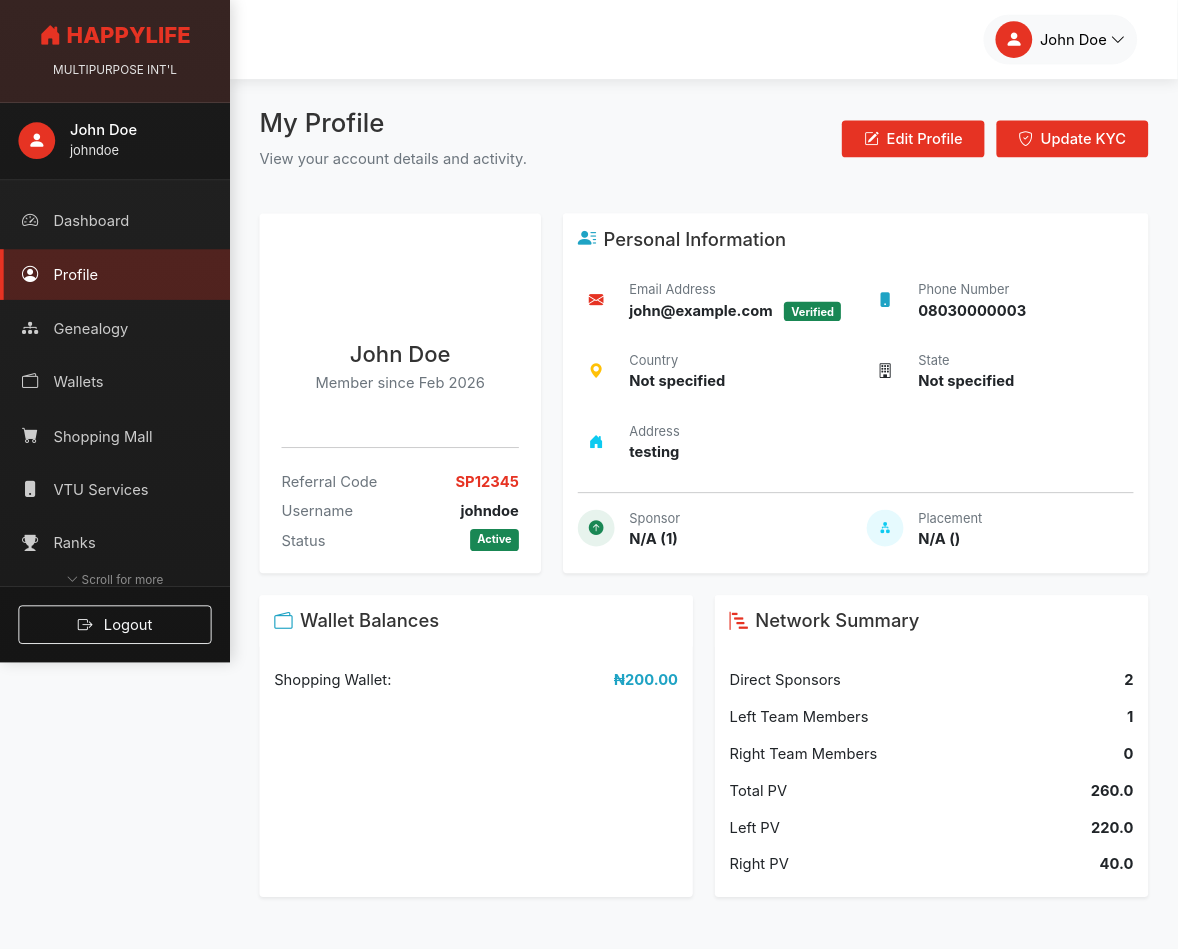
Repository: YackswebCode/happylife
Page: http://localhost/member/profile
These files come from the project's save history. The page is drawn as it stood at one moment and after the next save; the edit follows.
The browser window is 1280 px wide. The pictures show the whole page, at 92% of full size.
The page is served by the project's Laravel application, run on PHP 8.4 with Laravel 12. The first stored user is signed in. The database holds what the project's SQL file puts in it.

Above is the page before, as saved 2026-03-04 10:41:08.

After the next save:
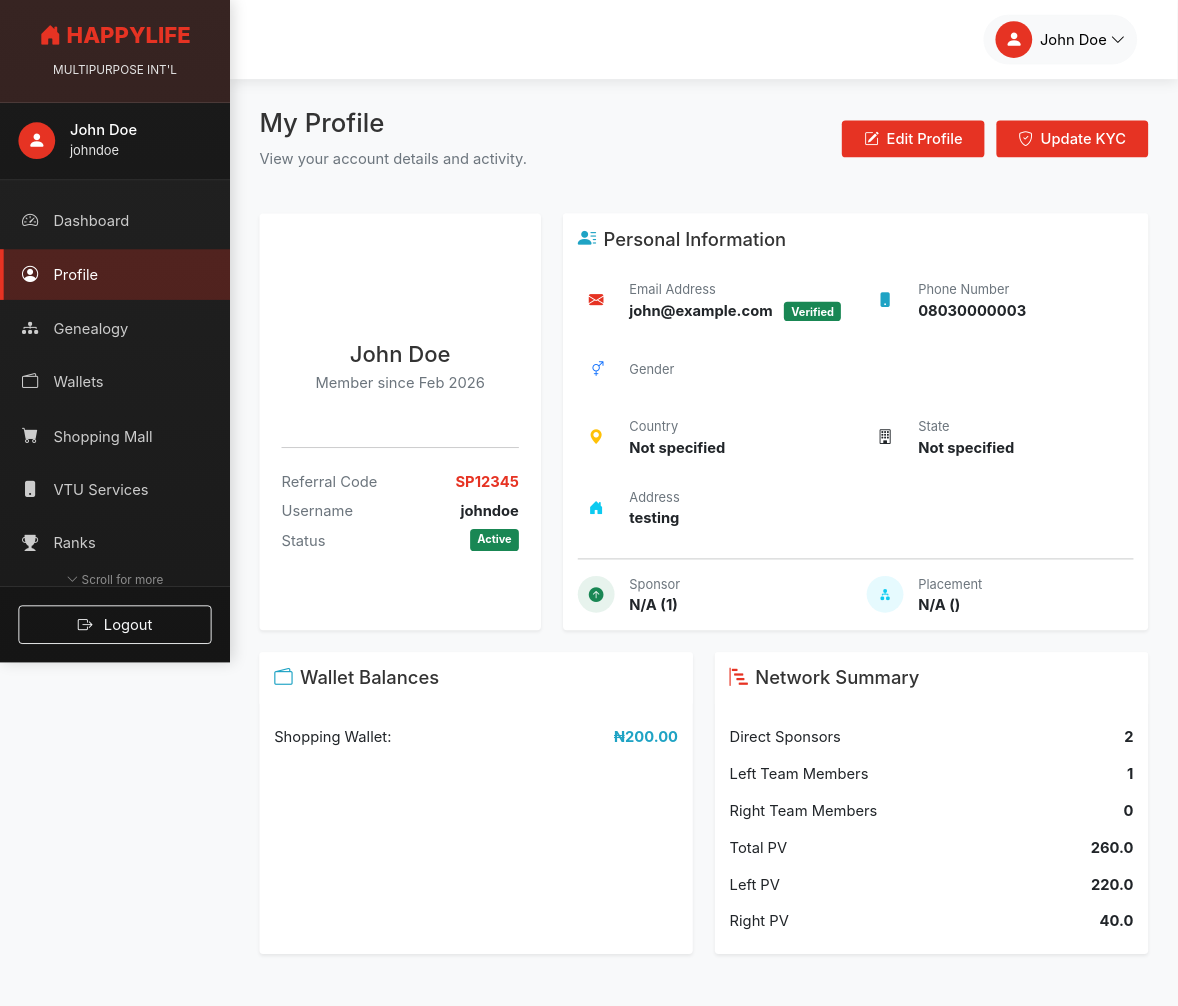
Saved 9 min 33 s later.
--- a/resources/views/member/profile/index.blade.php
+++ b/resources/views/member/profile/index.blade.php
@@ -97,6 +97,21 @@
                     </div>
                 </div>
 
+                <!-- Gender Row (NEW) -->
+                <div class="row mb-3">
+                    <div class="col-md-6">
+                        <div class="d-flex align-items-center mb-3">
+                            <div class="icon-wrapper bg-light-primary rounded-circle d-flex align-items-center justify-content-center me-3" style="width: 40px; height: 40px;">
+                                <i class="bi bi-gender-ambiguous text-primary"></i>
+                            </div>
+                            <div>
+                                <small class="text-muted d-block">Gender</small>
+                                <strong>{{ ucfirst($user->gender) ?? 'Not specified' }}</strong>
+                            </div>
+                        </div>
+                    </div>
+                </div>
+
                 <div class="row mb-3">
                     <div class="col-md-6">
                         <div class="d-flex align-items-center mb-3">
@@ -122,7 +137,7 @@
                     </div>
                 </div>
 
-                <!-- Address Row (NEW) -->
+                <!-- Address Row -->
                 <div class="row mb-3">
                     <div class="col-md-12">
                         <div class="d-flex align-items-center mb-3">
